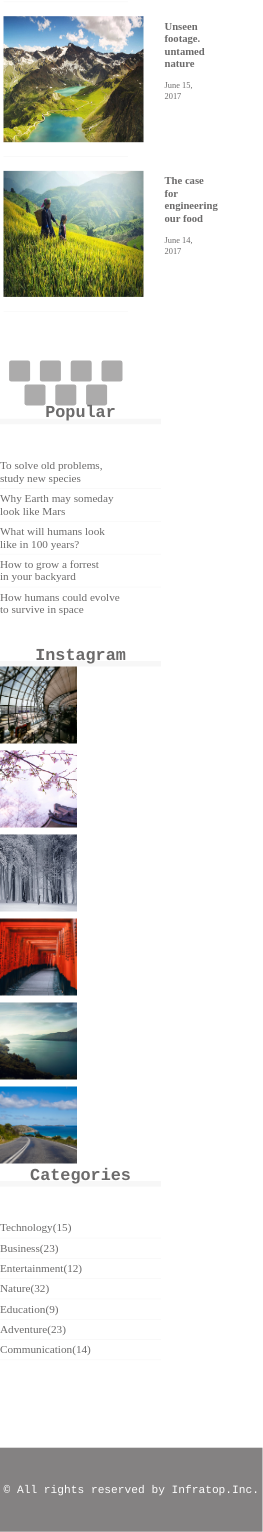
Repository: chihuyu3369/curriculum
Page: caravan/index.html
The author's editor kept a record of every edit. The page is drawn from the files as they stood at one moment, then again after the next edit.
The browser window is 375 px wide. The pictures show the part of the page from y = 1253 to 3493 px (the page is 3441 px tall before and 3493 px after), at 70% of full size.

Above is the page before.

### caravan/index.html
<html lang="ja">
  <head>
    <meta charset="UTF-8" />
    <!-- CSSファイルの読み込み -->
    <link rel="stylesheet" href="style.css" />
    <title>CARAVAN</title>
  </head>

  <body>
    <!-- header -->
    <header>
      <h1 class="heading">
        <a href="index.html">
          CARAVAN
        </a>
      </h1>
    </header>

    <!-- navigation -->
    <nav>
      <ul class="nav-list">
        <li class="nav-list-item">
          <a href="index.html">Home</a>
        </li>
          <li class="nav-list-item">About</li>
        <li class="nav-list-item">Topic</li>
      </ul>
    </nav>

    <!-- main-visual用のdiv -->
    <div class="main-visual">
      <div class="main-visual-content">

    <p class="main-visual-text">
      The world is a book<br />
      and those who do not travel<br />
      read only one page.
    </p>
    <p class="main-visual-name">
      St. Augustine
    </p>
    </div>
  </div>

    <!-- main用のdiv -->
   <main>
     <section class="blog">
       <h2 class="blog-heading">Recent Blogs</h2>
      <div class="blog-box">
       <div class="blog-item">
         <img class="blog-image" src="img/forest.jpg">
         <section class="blog-text">
           <h3 class="blog-text-heading">
             <a href="single.html">
               Hopeful lessons from<br>
               the battle to save<br>
               rainforests
              </a>
            </h3>
            <p class="blog-date">June 19, 2017</p>
            <span class="category">Nature</span>
          </section>
        </div>
       <div class="blog-item">
         <img class="blog-image" src="img/desert.jpg">
         <section class="blog-text">
           <h3 class="blog-text-heading">
             <a href="single.html">
               How to fight<br>
               desertification and<br>
               reverse climate change
              </a>
            </h3>
            <p class="blog-date">June 17, 2017</p>
            <span class="category">Nature</span>
          </section>
        </div>
       <div class="blog-item">
         <img class="blog-image" src="img/sunset.jpg">
         <section class="blog-text">
           <h3 class="blog-text-heading">
             <a href="single.html">
               Why I'm rowing<br>
               across the Pacific
              </a>
            </h3>
            <p class="blog-date">June 16, 2017</p>
            <span class="category">Adventure</span>
          </section>
          </div>
       <div class="blog-item">
         <img class="blog-image" src="img/italy.jpg">
         <section class="blog-text">
           <h3 class="blog-text-heading">
             <a href="single.html">
               Unseen footage.<br>
               untamed nature
              </a>
            </h3>
            <p class="blog-date">June 15, 2017</p>
            <span class="category">Nature</span>
          </section>
          </div>
       <div class="blog-item">
         <img class="blog-image" src="img/asia.jpg">
         <section class="blog-text">
           <h3 class="blog-text-heading">
             <a href="single.html">
               The case for<br>
               engineering our food
              </a>
            </h3>
            <p class="blog-date">June 14, 2017</p>
            <span class="category">Culture</span>
          </section>
          </div>
         </div>
          <div class="pagination">
            <p></p>
            <p></p>
            <p></p>
            <p></p>
            <p></p>
            <p></p>
            <p></p>
     </section>
     <div class="sidebar">
       <section class="popular">
         <h2 class="popular-heading common-heading">Popular</h2>
         <div class="sidebar-contents">
           <p class="popular-text">To solve old problems,<br>
           study new species</p>
           <p class="popular-text">Why Earth may someday<br>
           look like Mars</p>
           <p class="popular-text">What will humans look<br>
           like in 100 years?</p>
           <p class="popular-text">How to grow a forrest<br>
           in your backyard</p>
           <p class="popular-text">How humans could evolve<br>
           to survive in space</p>
          </div>
        </section>
        <section class="instagram">
          <h2 class="instagram-heading common-heading">Instagram</h2>
          <div class="sidebar-contens">
            <div class="instagram-box"></div>
            <div class="instagram-box"></div>
            <div class="instagram-box"></div>
            <div class="instagram-box"></div>
            <div class="instagram-box"></div>
            <div class="instagram-box"></div>
          </div>
        </section>
        <section class="categories">
          <h2 class="categories-heading common-heading">Categories</h2>
          <div class="sidebar-contents">
            <p class="categories-text">Technology(15)</p>
            <p class="categories-text">Business(23)</p>
            <p class="categories-text">Entertainment(12)</p>
            <p class="categories-text">Nature(32)</p>
            <p class="categories-text">Education(9)</p>
            <p class="categories-text">Adventure(23)</p>
            <p class="categories-text">Communication(14)</p>
          </div>
        </section>
      </div>
    </main>

    <!-- footer -->
    <footer>
      <p class="footer-text">© All rights reserved by Infratop.Inc.</p>
    </footer>
  </body>
</html>

### caravan/style.css
* {
  margin: 0;
  padding: 0;
  box-sizing: border-box;
  color: #6c6b6b;
}

a {
  text-decoration: none;
}

header,nav,h2,.main-visual,footer {
  font-family: Chalkduster, "Bradley Hnnd", Courier, "Segoe Print", sans-serif;
}

header {
  width: 90%; /* 横幅90% */
  padding: 15px 0;
  margin: 0 auto;
  text-align: center;
  position: relative;
}

.social i {
  display: inline-block;
  margin-left: 20px;
}

.social {
  position: absolute;
  top: 22px;
  right: 22px;
}

header .heading { /* headerタグ内のheadingクラスにのみ反映される */
  font-size: 32px;
}

.nav-list {
  text-align: center;
  padding: 10px 0;
  margin: 0 auto;
}

.nav-list-item {
  list-style: none;
  display: inline-block;
  margin: 0 20px;
}

.main-visual {
  width: 100%; /* 横幅いっぱい */
  height: 300px; /* 高さ300px */
  background-image: url(img/mv.jpg);
  background-size:cover;
  background-position:center;
}

.main-visual-content {
  width: 40%; /* 横幅350px */
  height: 300px; /* 親の高さに揃える */
  background-color: rgba(0,0,0,0.5);
  text-align:center;
  padding-top:105px;
}

.main-visual-text {
  color:#fff;
}

.main-visual-name {
  margin-top:30px;
  color:#fff;
}

main {
  width:800px;
  display: flex;
  justify-content: center;
  margin: 0 auto;
  padding: 70px 0;
}

.blog {
  width:540px;
  margin-right:30px;
}

.blog-heading {
  border-bottom:8px solid #f7f7f7;
  text-align: center;
  line-height:0.6;
}

.blog-box {
  padding-top: 50px;
}

.blog-item {
  padding-bottom:20px;
  margin-bottom:20px;
  border-bottom:1px solid #f7f7f7;
  display: flex;
  justify-content: flex-start;
}

.blog-image {
  height:180px;
}

.blog-text {
  padding: 25px 0 0 30px;
}

.blog-text-heading {
  padding-bottom: 15px;
}
.blog-date {
  font-size:12px;
  display: inline-block;
}
.category {
  display:inline-block;
  padding:5px 8px;
  background-color:#acabab;
  border-radius:3px;
  color:#fff;
  font-size:11px;
}

.pagination {
  text-align: center;
  padding-top: 50px;
}

.pagination p {
  display: inline-block;
  width: 30px;
  height: 30px;
  margin: 0 5px;
  color: #fff;
  background-color: #acabab;
  border-radius: 3px;
  line-height: 30px;
}

.sidebar {
 width:230px;
}

.common-heading {
  border-bottom: 8px solid #f7f7f7;
  text-align:center;
  line-height:0.6;
}

.sidebar-contents {
  padding:50px 0;
}

.popular-text,
.categories-text {
  padding-bottom:5px;
  border-bottom: 1px solid #f7f7f7;
  margin-bottom: 5px;
}

.popular-text:last-child,
categories-text:last-child {
  margin: 0;
  padding: 0;
  border: none;
}

.instagram .sidebar-contents {
  display: flex;
  flex-wrap: wrap;
}

.instagram-box {
  width: 110px;
  padding-top: 110px;
  background-size: cover;
  background-position: center;
  margin-bottom: 10px;
}

.instagram-box:nth-chils(odd) {
  margin: 0 10px 10px 0;
}

.instagram-box:nth-child(1) {
  background-image: url(img/airport.jpg);
}

.instagram-box:nth-child(2) {
  background-image: url(img/japan.jpg)
}

.instagram-box:nth-child(3) {
  background-image: url(img/snow.jpg);
}

.instagram-box:nth-child(4) {
  background-image: url(img/japan2.jpg);
}

.instagram-box:nth-child(5) {
  background-image: url(img/lake.jpg);
}

.instagram-box:nth-child(6) {
  background-image: url(img/road.jpg);
}



footer {
  width: 100%;
  height: 120px;
  text-align: center;
  line-height: 120px;
  background-color: #848282;
}

.footer-text {
  color: #fff;
}

@media screen and (max-width: 425px) {
  header {
    width:100%;
  }

  .nav-list {
    width:100%;
  }

  .nav-list-item {
    width:100%;
    margin: 0 0 10px 0;
  }

  .main-visual {
    width:100%;
  }

  .main-visual-content {
    width:100%;
  }

  .social {
    display: none;
  }

  main {
    width:100%;
    display:block;
  }

  .blog-heading {
    width: 100%;
    margin-left: 100px;
  }

  .blog {
    width:50%;
    margin: 0;
  }

  .blog-box {
    padding-left: 5px;
    padding-right: 5px;
  }

  .category {
    display: none;
  }

  .blog-text {
    width: 50%;
    padding-top: 5px;
    font-size: 13px;
  }

  .blog-image {
    width:200px;
  }
}

After the next edit:
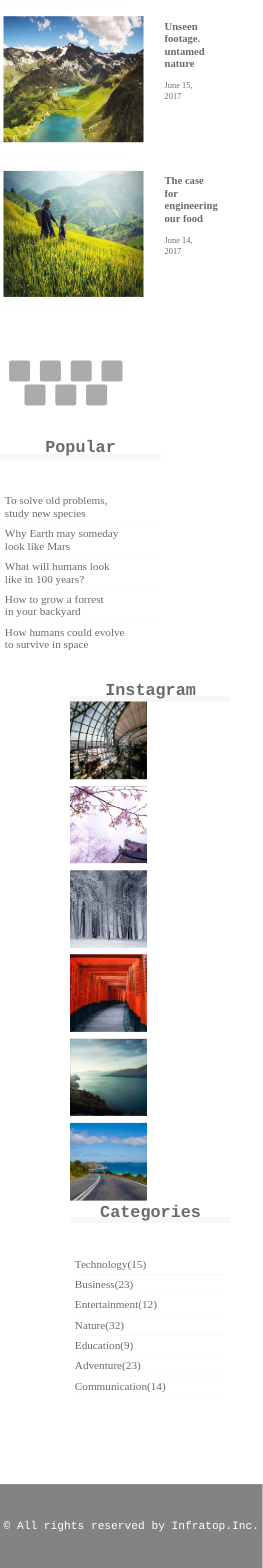
The edit:
--- a/caravan/style.css
+++ b/caravan/style.css
@@ -286,4 +286,32 @@
   .blog-image {
     width:200px;
   }
-}
+
+  .sidebar-contents {
+    padding-left: 3%;
+    padding-right: 3%;
+  }
+
+  .instagram-box {
+    width: 48%;
+    padding-top: 48%;
+  }
+
+  .instagram-box:nth-child(odd) {
+    margin-right: 4%;
+  }
+
+  .pagination {
+    margin-bottom: 50px;
+  }
+
+  .instagram {
+    width: 100%;
+    margin-left: 100px;
+  }
+
+  .categories {
+    width: 100%;
+    margin-left: 100px;
+  }
+}
